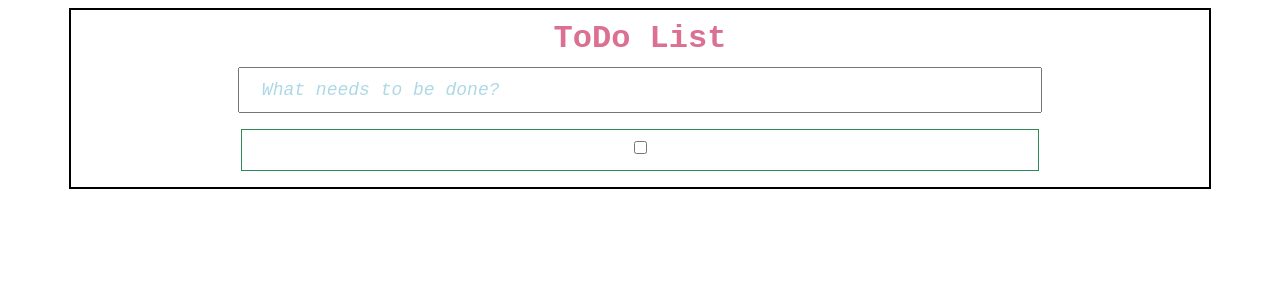
Repository: litalsh/To-Do-List
Page: index.html
These files come from the project's save history. The page is drawn as it stood at one moment and after the next save; the edit follows.
The browser window is 1280 px wide. The pictures show the whole page.

Above is the page before, as saved 2019-10-23 19:09:57.

### index.html
<!DOCTYPE html>
<html lang="en">

<head>
    <meta charset="UTF-8">
    <meta name="viewport" content="width=device-width, initial-scale=1.0">
    <meta http-equiv="X-UA-Compatible" content="ie=edge">
    <link rel="stylesheet" href="style.css">
    <title>ToDo List</title>
</head>

<body>
    <div class="container">
        <header>
            <h1>ToDo List</h1>
            <input type="text" class="todo_input" placeholder="What needs to be done?">
        </header>
        <ul class="todo_list">
            <li class="todo_item">
                <div>
                    <input type="checkbox" class="checked">
                    <label></label>
                    <div class="remove"></div>
                </div>
            </li>
        </ul>
    </div>


    <script src="script.js"></script>
</body>

</html>

### style.css
body{
    font-family: 'Courier New', Courier, monospace;
  }

  .container{
    width: 90%;
    margin: 0 auto;
    border: 2px solid black;
    text-align: center;
  }

  header > h1{
    color: palevioletred;
    margin: 10px auto;
  }

  .todo_input{
    width: 70%;
    line-height: 40px;
    text-indent: 20px;
    font-family: 'Courier New', Courier, monospace;
    font-size: 18px;
    color: darkslategrey;

  }

  .todo_input::placeholder{
    font-style: italic;
    font-size: 18px;
    color: lightblue;
    font-family: 'Courier New', Courier, monospace;

  }

  .todo_list{
    list-style: none;
    padding: 0;
  }

  .todo_item{
      border: 1px solid seagreen;
      width: 70%;
      line-height: 40px;
      margin: 0 auto;
  }

Loaded but not shown: script.js (no stored copy; drawn as an empty file)

After the next save:
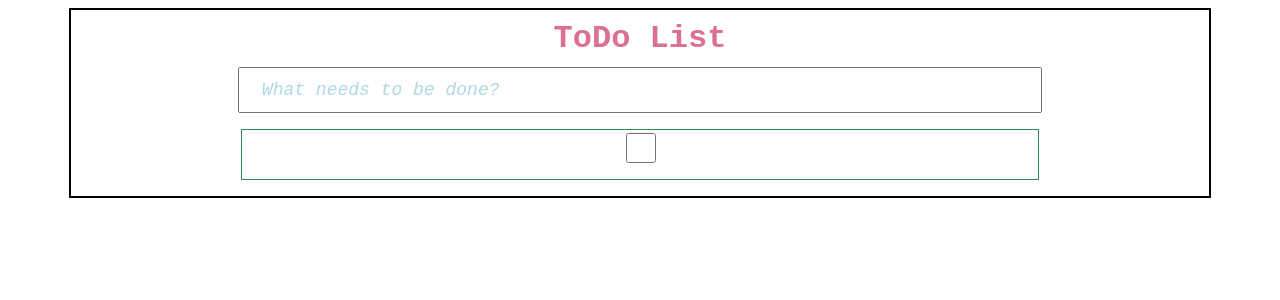
Saved 4 min 37 s later.
--- a/style.css
+++ b/style.css
@@ -43,3 +43,9 @@ body{
       line-height: 40px;
       margin: 0 auto;
   }
+
+  .checked{
+      width: 30px;
+      height: 30px;
+      border-radius: 5%;
+  }
